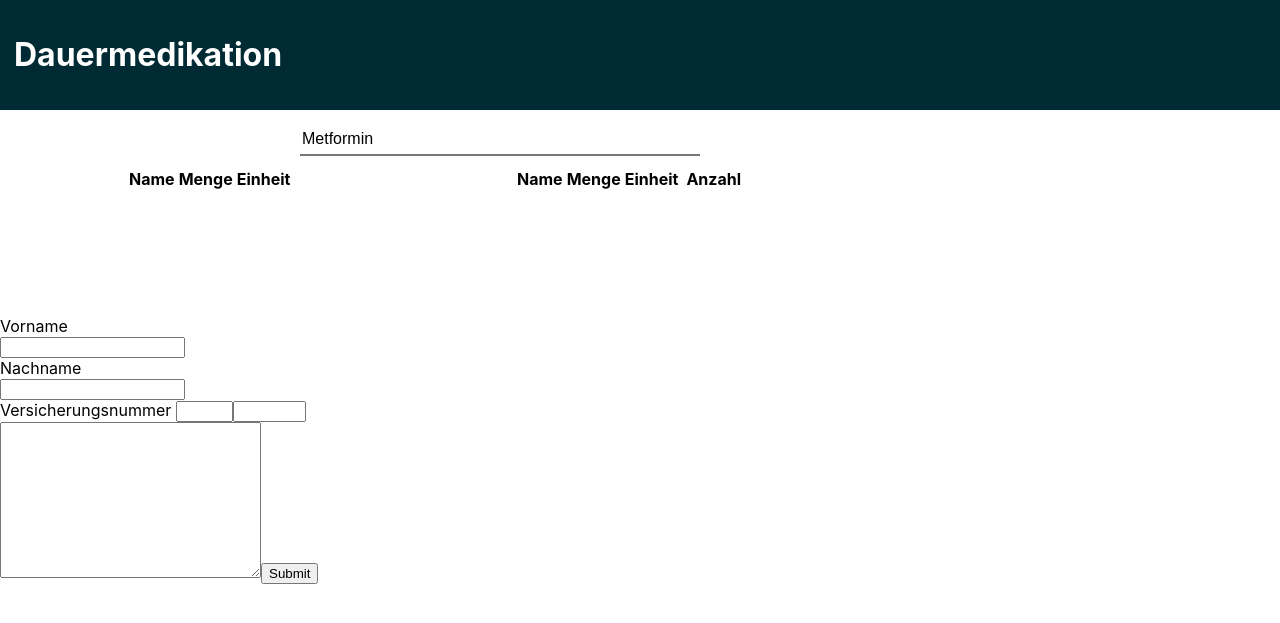
Repository: Esatollah/MedDemo
Page: / (app in client/)
An editor plug-in stored every save of this project. The page is shown before and after the next save, followed by the edit.
The browser window is 1280 px wide. The pictures show the whole page.
The page's requests for data from a server got no answer. The project was rebuilt for these pictures with package versions that can differ from the ones it lists, and the page was loaded fresh each time. No one was signed in, and anything a server would have sent is missing. Also part of the build but not shown: client/src/Routes/Bestellungen.jsx.

Above is the page before, as saved 2022-06-10 12:28:56.

### client/src/App.js
import SearchBar from './Routes/Search';
import {BrowserRouter, Routes, Route} from 'react-router-dom'
import Bestellungen from './Routes/Bestellungen';
import ReactModal from 'react-modal';

ReactModal.setAppElement('#root')

function App() {
  return (
    <BrowserRouter>
    <Routes>
      <Route path='/' element={<div><SearchBar/></div>}/>
      <Route path='/bestellungen' element={<div><Bestellungen/></div>}/>
    </Routes>
    </BrowserRouter>
  );
}

export default App;

### client/src/Routes/Search.jsx
import React, { useState, useEffect } from 'react'
import DrugAPI from '../api/DrugAPI';
import Form from '../components/Form';
import Navbar from '../components/Navbar';
import { SearchWrap } from '../Styles/SearchStyles';


const Search = () => {

  const [searchinput, setSearchinput] = useState("Metformin");
  const [drugs, setDrugs] = useState([]);
  const [cartitems, setCartitems] = useState([]);

  useEffect(() => {
    const fetchData = async () => {
      try {
        const result = await DrugAPI.get(`/?drugsearch=${searchinput}`)
        setDrugs(result.data.meds)
      } catch (err) {
        console.error(err);
      }
    }

    fetchData();

  }, [searchinput])

  const handleDrugClick = (e, x) => {
    const is_in_cart = cartitems.some(y => {
      if (y.id === x.id) {
        return true;
      }

      return false;
    })

    if (is_in_cart) {
      return
    }
    let temp = { ...x, anzahl: "1" }
    setCartitems([...cartitems, temp]);
  }

  const handleDelete = (e, x, index) => {
    let temp = [...cartitems]

    temp.splice(index, 1);

    setCartitems(temp);
  }

  const handleCountchange = (e, x, index) => {
    let temps = [...cartitems]
    let temp = {
      ...temps[index],
      anzahl: e.target.value
    }
    temps[index] = temp
    setCartitems(temps);

  }


  return (
    <>
      <Navbar />
        <SearchWrap>

          <input type="search" placeholder="Suche" id="search" value={searchinput} onChange={e => setSearchinput(e.target.value)} />
          <div className='search-container'>
            <div className='table-container'>
              <table className='drugtable'>
                <thead>
                  <tr>
                    <th scope='col'>
                      Name
                    </th>
                    <th scope='col'>Menge</th>
                    <th scope='col'>Einheit</th>
                    <th scope='col'></th>
                  </tr>
                </thead>
                <tbody>
                  {drugs && drugs.map((x) => {
                    return (
                      <tr key={x.id} className="drug-row" >
                        <td className={x.name}>{x.name}</td>
                        <td>{x.menge}</td>
                        <td>{x.mengenart}</td>
                        <td><button onClick={(e) => { handleDrugClick(e, x) }}>+</ button></td>
                      </tr>
                    )
                  })}
                </tbody>

              </table>
            </div>

            <div className='cart-container'>
              <table>
                <thead>
                  <tr>
                    <th scope='col'>
                      Name
                    </th>
                    <th scope='col'>Menge</th>
                    <th scope='col'>Einheit</th>
                    <th scope='col'></th>
                    <th scope='col'>Anzahl</th>
                  </tr>
                </thead>
                <tbody>
                  {cartitems && cartitems.map((x, index) => {
                    if (x.abgabezahl) {
                      return (
                        <tr key={index} className="drug-row" >
                          <td>{x.name}</td>
                          <td>{x.menge}</td>
                          <td>{x.mengenart}</td>
                          <td><button onClick={(e) => handleDelete(e, x, index)}>-</button></td>
                          <td><select onChange={(e) => { handleCountchange(e, x, index) }}><option value="1">1</option><option value="2">2</option></select></td>
                        </tr>
                      )
                    }
                    return (
                      <tr key={index} className="drug-row" >
                        <td>{x.name}</td>
                        <td>{x.menge}</td>
                        <td>{x.mengenart}</td>
                        <td><button onClick={(e) => handleDelete(e, x, index)}>-</button></td>
                        <td>1</td>
                      </tr>
                    )
                  })}
                </tbody>
              </ table>
            </div>
          </div>
        </SearchWrap>

      <Form cartitems={cartitems} setCartitems={setCartitems} />
    </>
  )
}

export default Search

### client/src/api/DrugAPI.js
import axios from 'axios'

export default axios.create({
    baseURL: "http://localhost:5000/api"
})

### client/src/components/Form.jsx
import React, {useState}from 'react'
import DrugAPI from '../api/DrugAPI'
import { FormWrap } from '../Styles/FormStyles';
const Form = props => {

    const [fname, setFname] = useState('');
    const [lname, setLname] = useState('');
    const [vpin, setVpin] = useState('');
    const [vbday, setVbday] = useState('');
    const [anmerkungen, setAnmerkungen] = useState('');

    const handleSubmit = (e) => {

        e.preventDefault();
        const formdata = {
            fname,
            lname,
            vpin,
            vbday,
            anmerkungen
        }

        const fetchData = async () =>{
            try {
            await DrugAPI.post("/", {drugs:{...props.cartitems}, ...formdata})
            } catch (error) {
                console.error(error);
            }
    }

    fetchData();

    setFname('');setLname('');setVpin('');setVbday('');setAnmerkungen('');
    props.setCartitems([]);

}


  return (
    <FormWrap>
        <form onSubmit={(e) =>handleSubmit(e)}>
            <label htmlFor="fname">Vorname</label><br/>
            <input type="text" value={fname} id="fname" name="fname" onChange={(e)=> setFname(e.target.value)}required/><br/>
            <label htmlFor="lname">Nachname</label><br />
            <input type="text" id="lname" value={lname} onChange={(e) => setLname(e.target.value)}name="lname" required /><br/>
            <label htmlFor="pin">Versicherungsnummer  </label>
            <input type="text" id="pin" value={vpin} onChange={(e) => setVpin(e.target.value)} name="pin" size="4" minLength="4"maxLength="4" required/>
            <input type="text" id="bday" value={vbday} onChange={(e) => setVbday(e.target.value)} name="bday" size="6" minLength={6} maxLength={6} required/> <br/>
            <textarea value={anmerkungen} onChange={(e) => setAnmerkungen(e.target.value)} name="message" rows="10" cols="30" className='textarea'>
            </textarea>
            <input type="submit" value="Submit" ></input><br />
        </form>
    </FormWrap>

  )
}

export default Form

### client/src/components/Navbar.jsx
import React from 'react'
import { NavWrap } from '../Styles/NavbarStyles'
const Navbar = () => {
  return (
    <NavWrap>
        <h1>Dauermedikation</h1>
    </NavWrap>
  )
}

export default Navbar

### client/src/Styles/SearchStyles.js
import styled from 'styled-components';

export const SearchWrap = styled.div`

    display: flex;
    flex-direction: column;
    align-items: center;

    @media(min-width: 1000px) {
             width: 1000px;
         }

    #search {
    width:50%;
    height: 2rem;
    outline:none;
    border-top: hidden;
    border-right: hidden;
    border-left: hidden;
    font-size: 1rem;@media(min-width: 1000px) {
             width: 40%;
         }
    margin-bottom: 10px;
}

.table-container {
    max-height: 200px;
    max-width: 80%;
    overflow-y: auto;
}


.drug-row:hover {
    background-color: beige;
}

.drugtable tbody tr {
border: 1px;
}

.search-container {
    width: 90%;

    @media(min-width: 1000px) {
        display:flex;
        flex-direction: row;
        justify-content: center;
        gap: 28px;
    }

    .table-container {
        width :100%;
        height: 150px;
        display:flex;
         @media(min-width: 1000px) {
             width: 40%;
             display:flex;
         }
    }

    .cart-container {
        width: 100%;
        display:flex;
        @media(min-width: 1000px) {
             width: 40%;
             display:flex;
         }
    }
}

`;

### client/src/Styles/FormStyles.js
import styled from 'styled-components';

export const FormWrap = styled.div`
    display:flex;
    align-content: center;


`;

### client/src/Styles/NavbarStyles.js
import styled from "styled-components"

export const NavWrap = styled.div`
    width:100%;
    padding: 14px 0;
    background-color: #002b34;
    margin-bottom: 14px;
    h1 {
        margin-left: 14px;
        color: #fff
    }
`;

Loaded but not shown: client/public/index.html (common file); client/src/index.js (common file); client/src/index.css (common file)

After the next save:
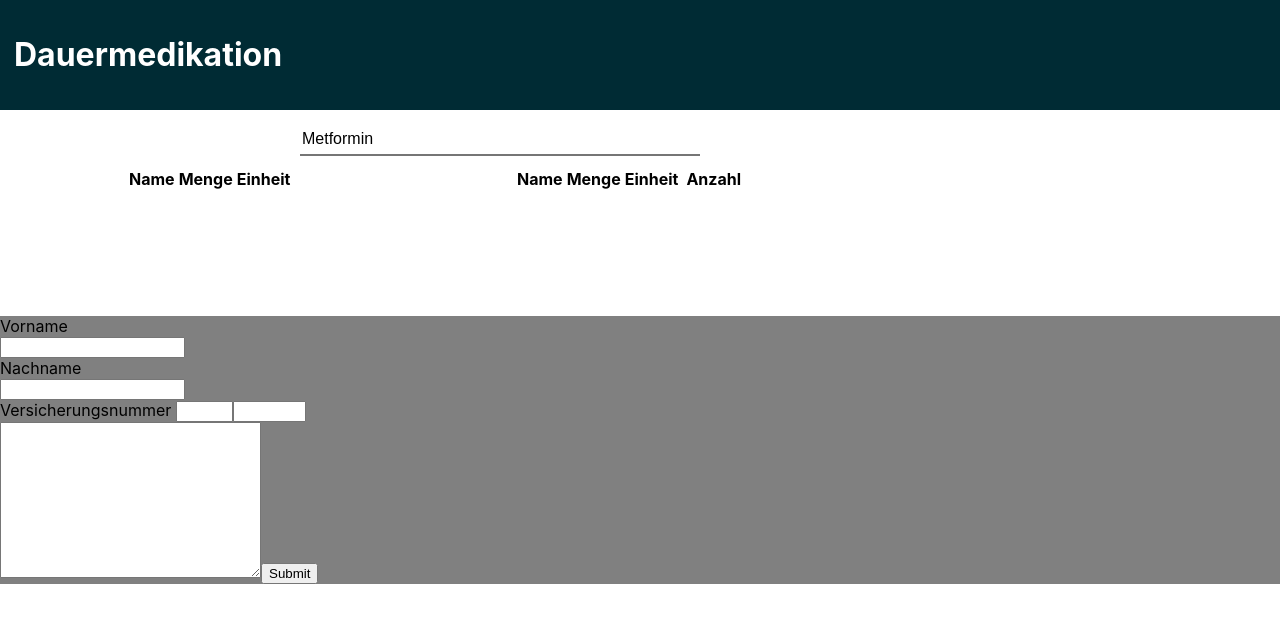
Saved 33 s later.
--- a/client/src/Styles/FormStyles.js
+++ b/client/src/Styles/FormStyles.js
@@ -3,6 +3,7 @@
 export const FormWrap = styled.div`
     display:flex;
     align-content: center;
+    background-color: gray;
 
 
 `;

After the save that followed:
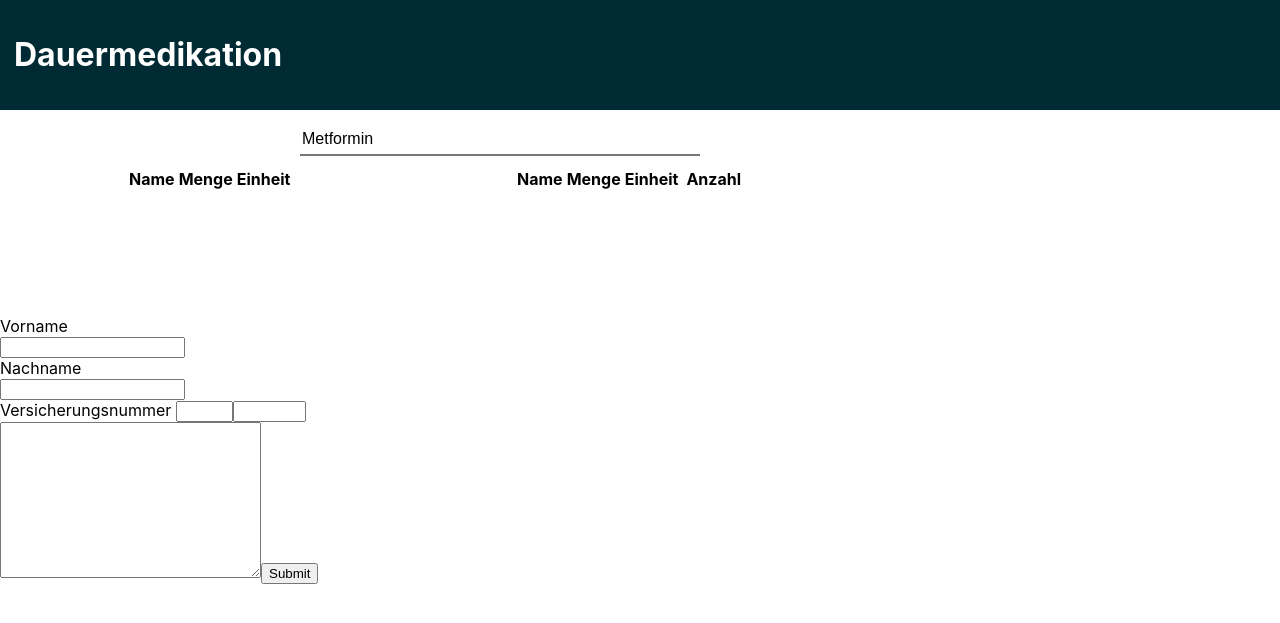
Saved 7 s later.
--- a/client/src/Styles/FormStyles.js
+++ b/client/src/Styles/FormStyles.js
@@ -2,8 +2,7 @@
 
 export const FormWrap = styled.div`
     display:flex;
-    align-content: center;
-    background-color: gray;
+    align-items: center;
 
 
 `;
